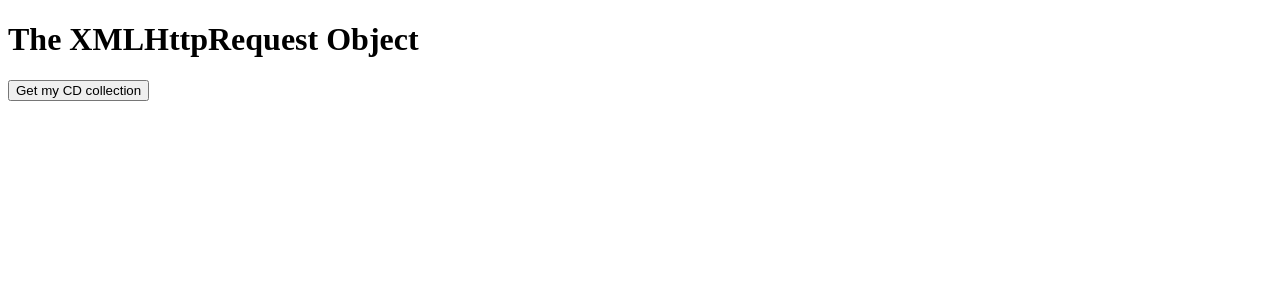
Repository: BhardwajMonika/core-java
Page: HTML2/WebContent/AjaxDemo1/WebContent/ajaxXML.html
These files come from the project's save history. The page is drawn as it stood at one moment and after the next save; the edit follows.
The browser window is 1280 px wide. The pictures show the whole page.

Above is the page before, as saved 2019-03-08 04:54:12.

After the next save:
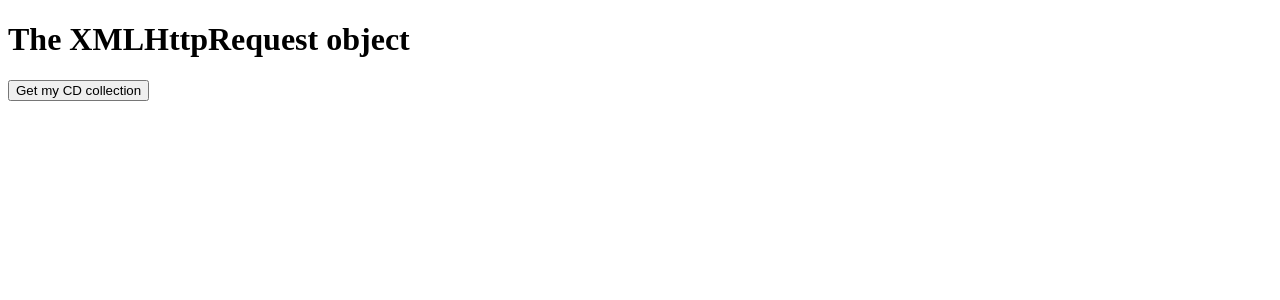
Saved 7 min 7 s later.
--- a/HTML2/WebContent/AjaxDemo1/WebContent/ajaxXML.html
+++ b/HTML2/WebContent/AjaxDemo1/WebContent/ajaxXML.html
@@ -1,45 +1,50 @@
 <!DOCTYPE html>
 <html>
+<head>
 <style>
-table,th,td{
-border : 1px solid blue;
-border-collapse: collapse;
+table, th, td {
+	border: 1px solid black;
+	border-collapse: collapse;
 }
-th,td
-{
-padding:5px;
+
+th, td {
+	padding: 5px;
 }
 </style>
+<meta charset="ISO-8859-1">
+<title>Insert title here</title>
+</head>
 <body>
-<h1>The XMLHttpRequest Object</h1>
-<button type="button" onClick="loadDoc()"> Get my CD collection</button>
-<br><br>
-<table id="demo"></table>
-<script>
-function loadDoc(){
-var xhttp = new XMLHttpRequest();
-xhttp.onreadystatechange = function(){
-	if(this.readystate == 4 && this.status == 200){
-		myFunction(this);
-	}
-};
-xhttp.open("GET", "cd_catalog.xml", true);
-xhttp.send();
-}
-function myFunction(xml){
-	var i;
-	var xmlDoc = xml.responseXML;
-	var table ="<tr><th>Artist</th><th>Title</th></tr>";
-	var x = xmlDoc.getElementsByTagName("CD");
-	for(i=0;i<x.length;i++)
-		{
-		table +="<tr><td>" +
-		x[i].getElementsByTagName("ARTIST")[0].childNodes[0].nodeValue + "</td></td>"+
-		x[i].getElementsByTagName("TITLE")[0].childNodes[0].nodeValue +
-		"</td></tr>";
+	<h1>The XMLHttpRequest object</h1>
+	<button type="button" onclick="loadDoc()">Get my CD collection</button>
+	<br>
+	<br>
+	<table id="demo"></table>
+
+	<script>
+		function loadDoc() {
+			var xhttp = new XMLHttpRequest();
+			xhttp.onreadystatechange = function() {
+				if (this.readyState == 4 && this.status == 200) {
+					myFunction(this);
+				}
+			};
+			xhttp.open("GET", "cd_catalog.xml", true);
+			xhttp.send();
 		}
-	document.getElementById("demo").innerHTML = table;
-}
-</script>
+		function myFunction(xml) {
+			var i;
+			var xmlDoc = xml.responseXML;
+			var table = "<tr><th>Artist</th><th>Title</th></tr>";
+			var x = xmlDoc.getElementsByTagName("CD");
+			for (i = 0; i < x.length; i++) {
+				table += "<tr><td>"
+						+ x[i].getElementsByTagName("ARTIST")[0].childNodes[0].nodeValue+ "</td><td>"+ x[i].getElementsByTagName("TITLE")[0].childNodes[0].nodeValue+ "</td><tr>"
+			}
+			document.getElementById("demo").innerHTML = table;
+
+		}
+	</script>
+
 </body>
 </html>
